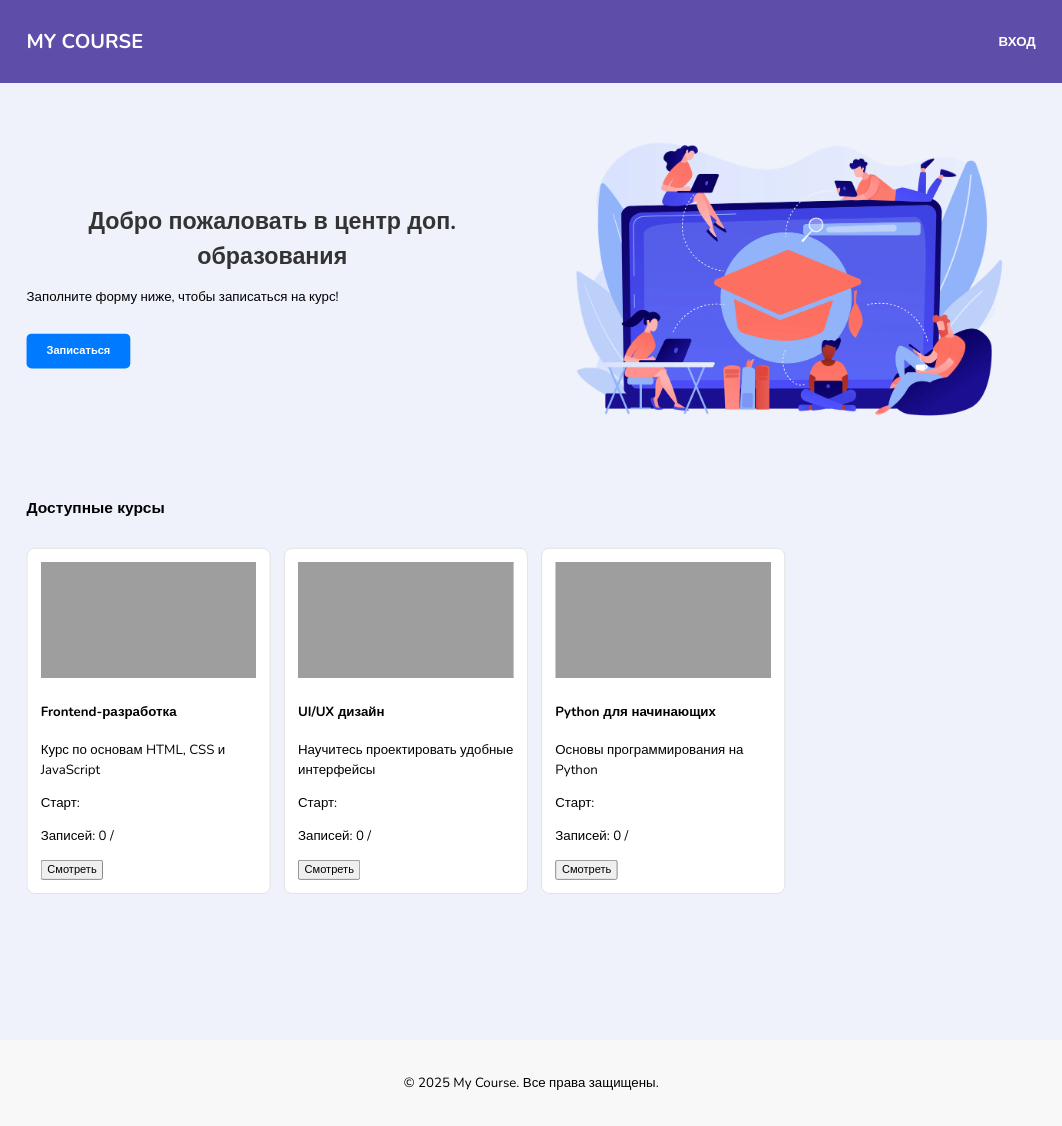
Repository: NikitaSevens/my-course
Page: /
An editor plug-in stored every save of this project. The page is shown before and after the next save, followed by the edit.
The browser window is 1280 px wide. The pictures show the whole page, at 83% of full size.
Pictures or frames that could not be fetched are drawn as grey boxes. The project was rebuilt for these pictures with package versions that can differ from the ones it lists, and the page was loaded fresh each time. Also part of the build but not shown: vite.config.ts, src/components/EnrollPopup/EnrollPopup.tsx, src/components/Header/ProtectedRoute.tsx, src/Pages/Dashboard/Dashboard.tsx, src/components/CreateCourse/CreateCourse.module.css, src/components/CreateCourse/CreateCourse.tsx, src/Pages/Dashboard/Create/Create.tsx, src/Pages/Auth/Login.module.css and 5 more.

Above is the page before, as saved 2025-04-25 15:05:47.

### index.html
<!doctype html>
<html lang="en">
  <head>
    <meta charset="UTF-8" />
    <link rel="icon" type="image/svg+xml" href="" />
    <meta name="viewport" content="width=device-width, initial-scale=1.0" />
    <title>My Course</title>
  </head>
  <body>
    <div id="root"></div>
    <script type="module" src="/src/main.tsx"></script>
  </body>
</html>

### src/index.css
@import url('https://fonts.googleapis.com/css2?family=Nunito:ital,wght@0,200..1000;1,200..1000&display=swap');

* {
  font-family: "Nunito", sans-serif;
  font-optical-sizing: auto;

}

:root {
  font-family: system-ui, Avenir, Helvetica, Arial, sans-serif;
  line-height: 1.5;
  font-weight: 400;

  color-scheme: light dark;
  color: rgba(255, 255, 255, 0.87);
  background-color: rgb(239,242,250);

  font-synthesis: none;
  text-rendering: optimizeLegibility;
  -webkit-font-smoothing: antialiased;
  -moz-osx-font-smoothing: grayscale;

  color: black;
}

/* index.css */
html, body {
  margin: 0;
  padding: 0;
  box-sizing: border-box;
}

### src/App.tsx
import { HashRouter as Router, Routes, Route, Navigate } from 'react-router-dom';
import Home from './Pages/Home/Home';
import { AuthProvider } from './context/AuthContext';
import ProtectedRoute from './components/Header/ProtectedRoute';
import DashboardPage from './Pages/Dashboard/Dashboard';
import CreatePage from './Pages/Dashboard/Create/Create';
import Login from './Pages/Auth/Login';
import DashboardLayout from './components/DashboardLayout/DashboardLayout';



function App() {


  return (
    <AuthProvider>
      <Router>
      <Routes>
        <Route path="/" element={<Home />} />
        <Route path="/login" element={<Login />} />


        <Route element={<ProtectedRoute />}>
        <Route path="/admin" element={<DashboardLayout />}>
        <Route index element={<Navigate to="create" replace />} /> {/* 👈 Это автоматический переход */}
              <Route path='courses' element={<DashboardPage />} />
              <Route path="create" element={<CreatePage />} />
            </Route>
        </Route>
      </Routes>
    </Router>
    </AuthProvider>
  )
}

export default App


//<Route path="/admin" element={<Admin />} />

### src/Pages/Home/Home.tsx
// src/pages/Home.tsx
import styles from './Home.module.css';
import { useState } from 'react';
import Header from '../../components/Header/Header';
import Footer from '../../components/Footer/Footer';
import mockCourses from '../../mock/courses';
import CourseCard from '../../components/CourseCard/CourseCard';
import heroImage from '../../assets/hero-img.png';
import EnrollPopup from '../../components/EnrollPopup/EnrollPopup';

const Home = () => {
  const [popupOpen, setPopupOpen] = useState(false);
  const [selectedCourse, setSelectedCourse] = useState(null);

  const handleOpenPopup = (course = null) => {
    setSelectedCourse(course);
    setPopupOpen(true);
  };

  return (
    <>
      <Header />
      <main className={styles.main}>
        {/* Hero Block */}
        <section className={styles.hero}>
          <div className={styles.heroText}>
            <h2>Добро пожаловать в центр доп. образования</h2>
            <p>Заполните форму ниже, чтобы записаться на курс!</p>
            <button className={styles.cta} onClick={() => handleOpenPopup()}>Записаться</button>
          </div>
          <div className={styles.heroImage}>
            <img src={heroImage} alt="education" />
          </div>
        </section>

        {/* Курсы */}
        <section onClick={() => handleOpenPopup()} className={styles.courses}>
          <h3>Доступные курсы</h3>
          <div className={styles.courseScroll}>
            {mockCourses.map(course => (
              <CourseCard key={course.id} course={course} />
            ))}
          </div>
        </section>
      </main>
      <Footer />

      {popupOpen && (
        <EnrollPopup
          onClose={() => setPopupOpen(false)}
          selectedCourse={selectedCourse}
        />
      )}
    </>
  );
};

export default Home;

### src/context/AuthContext.tsx
import { createContext, useContext, useState, useEffect, ReactNode } from 'react';

interface AuthContextType {
  isAuthenticated: boolean;
  login: (user: string, pass: string) => boolean;
  logout: () => void;
}

const AuthContext = createContext<AuthContextType | undefined>(undefined);

const ADMIN_USER = 'admin';
const ADMIN_PASS = 'secret123';

export const AuthProvider = ({ children }: { children: ReactNode }) => {
  const [isAuthenticated, setIsAuthenticated] = useState<boolean>(() => {
    // Начальное значение: читаем из localStorage
    return localStorage.getItem('isAuth') === 'true';
  });

  useEffect(() => {
    const stored = localStorage.getItem('isAuth');
    setIsAuthenticated(stored === 'true');
  }, []);

  const login = (user: string, pass: string): boolean => {
    if (user === ADMIN_USER && pass === ADMIN_PASS) {
      setIsAuthenticated(true);
      localStorage.setItem('isAuth', 'true');
      return true;
    }
    return false;
  };

  const logout = () => {
    setIsAuthenticated(false);
    localStorage.removeItem('isAuth');
  };

  return (
    <AuthContext.Provider value={{ isAuthenticated, login, logout }}>
      {children}
    </AuthContext.Provider>
  );
};

export const useAuth = (): AuthContextType => {
  const context = useContext(AuthContext);
  if (!context) {
    throw new Error('useAuth must be used within an AuthProvider');
  }
  return context;
};

### src/Pages/Home/Home.module.css
/* src/pages/Home.module.css */

.main {
  padding: 32px;
}

.hero {
  display: flex;
  justify-content: space-between;
  align-items: center;
  gap: 32px;
  margin-bottom: 64px;
}

.heroText {
  flex: 1;
}

.heroText h2 {
  font-size: 28px;
  margin-bottom: 8px;
}

.cta {
  padding: 12px 24px;
  font-weight: bold;
  margin-top: 16px;
  background: #007bff;
  color: white;
  border: none;
  border-radius: 6px;
  cursor: pointer;
}

.heroImage {
  flex: 1;
}

.heroImage img {
  max-width: 100%;
  border-radius: 8px;
}

.courses {
  margin-bottom: 64px;
}

.courseScroll {
  display: flex;
  overflow-x: auto;
  gap: 16px;
  padding: 16px 0;
  scroll-snap-type: x mandatory;
}

### src/components/Header/Header.tsx
// src/components/Header.tsx
import styles from './Header.module.css';
import { Link } from 'react-router-dom';

const Header = () => {
  return (
    <header className={styles.header}>
      <h1 className={styles.logo}>MY COURSE</h1>
      <div className={styles.actions}>

      <Link to="/login" className={styles.link}>ВХОД</Link>
      </div>
    </header>
  );
};

export default Header;


//<button className={styles.link}>ЗАРЕГИСТРИРОВАТЬСЯ</button>

### src/components/Footer/Footer.tsx
// src/components/Footer.tsx
import styles from './Footer.module.css';

const Footer = () => {
  return (
    <footer className={styles.footer}>
      <p>© 2025 My Course. Все права защищены.</p>
    </footer>
  );
};

export default Footer;

### src/mock/courses.ts
// src/mock/courses.ts

const mockCourses = [
  {
    id: '1',
    title: 'Frontend-разработка',
    image: 'https://source.unsplash.com/200x120/?code,frontend',
    description: 'Курс по основам HTML, CSS и JavaScript',
    startDate: '2025-05-10',
  },
  {
    id: '2',
    title: 'UI/UX дизайн',
    image: 'https://source.unsplash.com/200x120/?design,ui',
    description: 'Научитесь проектировать удобные интерфейсы',
    startDate: '2025-06-01',
  },
  {
    id: '3',
    title: 'Python для начинающих',
    image: 'https://source.unsplash.com/200x120/?python,programming',
    description: 'Основы программирования на Python',
    startDate: '2025-07-15',
  },
  // ... и так далее
];

export default mockCourses;

### src/components/CourseCard/CourseCard.tsx
// src/components/CourseCard/CourseCard.tsx
import styles from './CourseCard.module.css';

export interface Course {
  id: string;
  image: string;
  title: string;
  description: string;
  date: string;
  groups: string[];
  limit: number;
  fullText: string;
}

const CourseCard = ({ course }: { course: Course }) => (
  <div className={styles.card}>
    <img
      src={course.image || 'https://source.unsplash.com/200x120/?classroom'}
      alt=""
      className={styles.image}
    />
    <h4>{course.title}</h4>
    <p className={styles.desc}>{course.description}</p>
    <p className={styles.date}>Старт: {course.date}</p>
    <p className={styles.limit}>Записей: 0 / {course.limit}</p> {/* позже заменим 0 на реальное число */}
    <button className={styles.viewBtn}>Смотреть</button>
  </div>
);

export default CourseCard;

### src/components/Header/Header.module.css
/* src/components/Header.module.css */
.header {
  display: flex;
  justify-content: space-between;
  padding: 16px 32px;
  background: rgb(95,77,170);
  align-items: center;
  color: #ffffff;

}

.logo {
  font-size: 24px;
  font-weight: bold;

}

.actions {
  display: flex;
  gap: 12px;
}

.link {
  background: none;
  border: none;
  font-weight: bold;
  cursor: pointer;
  color: #ffffff;
  text-decoration: none
}

### src/components/Footer/Footer.module.css
/* src/components/Footer.module.css */
.footer {
  background: #f8f8f8;
  padding: 24px;
  text-align: center;
  margin-top: 64px;
}

### src/components/CourseCard/CourseCard.module.css
/* src/components/CourseCard.module.css */
.card {
  min-width: 200px;
  max-width: 260px;
  border: 1px solid #ddd;
  padding: 16px;
  border-radius: 10px;
  scroll-snap-align: start;
  background: #fff;
}

.card:hover {
  transform: scale(1.03);
}

.image {
  width: 100%;
  height: 140px;
  object-fit: cover;
}

### src/components/EnrollPopup/EnrollPopup.module.css
/* EnrollPopup.module.css */

.overlay {
  position: fixed;
  inset: 0;
  background: rgba(0, 0, 0, 0.4);
  display: flex;
  justify-content: center;
  align-items: center;
  z-index: 1000;
}

.popup {
  background-color: #fff;
  border-radius: 10px;
  padding: 32px 40px;
  width: 100%;
  max-width: 420px;
  box-shadow: 0 12px 30px rgba(0, 0, 0, 0.15);
  position: relative;
  font-family: 'Segoe UI', sans-serif;
}

h2 {
  font-size: 24px;
  margin-bottom: 24px;
  color: #333;
  text-align: center;
}

.form {
  display: flex;
  flex-direction: column;
  gap: 18px;
}

label {
  display: flex;
  flex-direction: column;
  font-size: 14px;
  color: #444;
}

input,
select {
  margin-top: 6px;
  padding: 10px 14px;
  font-size: 14px;
  border: 1px solid #ddd;
  border-radius: 6px;
  background: #f9f9f9;
  transition: border-color 0.2s ease;
}

input:focus,
select:focus {
  border-color: #0077ff;
  outline: none;
  background: #fff;
}

.submitBtn {
  margin-top: 8px;
  padding: 12px;
  font-size: 15px;
  background-color: #0077ff;
  color: #fff;
  border: none;
  border-radius: 6px;
  cursor: pointer;
  transition: background 0.2s ease;
}

.submitBtn:hover {
  background-color: #005fcc;
}

.closeBtn {
  position: absolute;
  top: 12px;
  right: 14px;
  background: none;
  border: none;
  font-size: 20px;
  color: #999;
  cursor: pointer;
  transition: color 0.2s ease;
}

.closeBtn:hover {
  color: #333;
}

### src/components/CourseList/CourseList.tsx
// src/components/CourseList/CourseList.tsx
import React, { useEffect, useState } from 'react';
import CourseCard, { Course } from '../CourseCard/CourseCard';

const CourseList = () => {
  const [courses, setCourses] = useState<Course[]>([]);

  useEffect(() => {
    const stored = localStorage.getItem('courses');
    if (stored) {
      try {
        setCourses(JSON.parse(stored));
      } catch (e) {
        console.error('Ошибка при чтении courses из localStorage', e);
      }
    }
  }, []);

  return (
    <div style={{ display: 'flex', flexWrap: 'wrap', gap: '20px' }}>
      {courses.map(course => (
        <CourseCard key={course.id} course={course} />
      ))}
    </div>
  );
};

export default CourseList;

Loaded but not shown: src/main.tsx (common file)

After the next save:
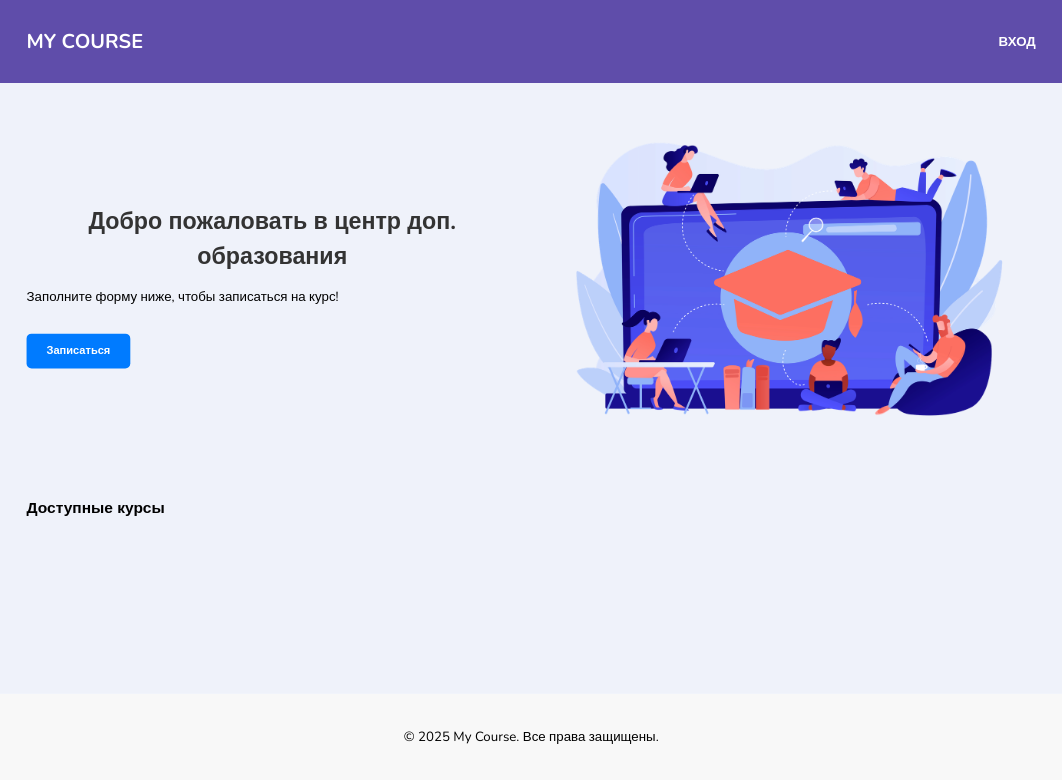
Saved 4 min 37 s later.
--- a/src/Pages/Home/Home.tsx
+++ b/src/Pages/Home/Home.tsx
@@ -1,10 +1,8 @@
-// src/pages/Home.tsx
 import styles from './Home.module.css';
 import { useState } from 'react';
 import Header from '../../components/Header/Header';
 import Footer from '../../components/Footer/Footer';
-import mockCourses from '../../mock/courses';
-import CourseCard from '../../components/CourseCard/CourseCard';
+import CourseList from '../../components/CourseList/CourseList'; // 👈 заменили импорт
 import heroImage from '../../assets/hero-img.png';
 import EnrollPopup from '../../components/EnrollPopup/EnrollPopup';
 
@@ -26,7 +24,9 @@ const Home = () => {
           <div className={styles.heroText}>
             <h2>Добро пожаловать в центр доп. образования</h2>
             <p>Заполните форму ниже, чтобы записаться на курс!</p>
-            <button className={styles.cta} onClick={() => handleOpenPopup()}>Записаться</button>
+            <button className={styles.cta} onClick={() => handleOpenPopup()}>
+              Записаться
+            </button>
           </div>
           <div className={styles.heroImage}>
             <img src={heroImage} alt="education" />
@@ -34,12 +34,10 @@ const Home = () => {
         </section>
 
         {/* Курсы */}
-        <section onClick={() => handleOpenPopup()} className={styles.courses}>
+        <section className={styles.courses}>
           <h3>Доступные курсы</h3>
-          <div className={styles.courseScroll}>
-            {mockCourses.map(course => (
-              <CourseCard key={course.id} course={course} />
-            ))}
+          <div className={styles.courseScroll} onClick={() => handleOpenPopup()}>
+            <CourseList />
           </div>
         </section>
       </main>
